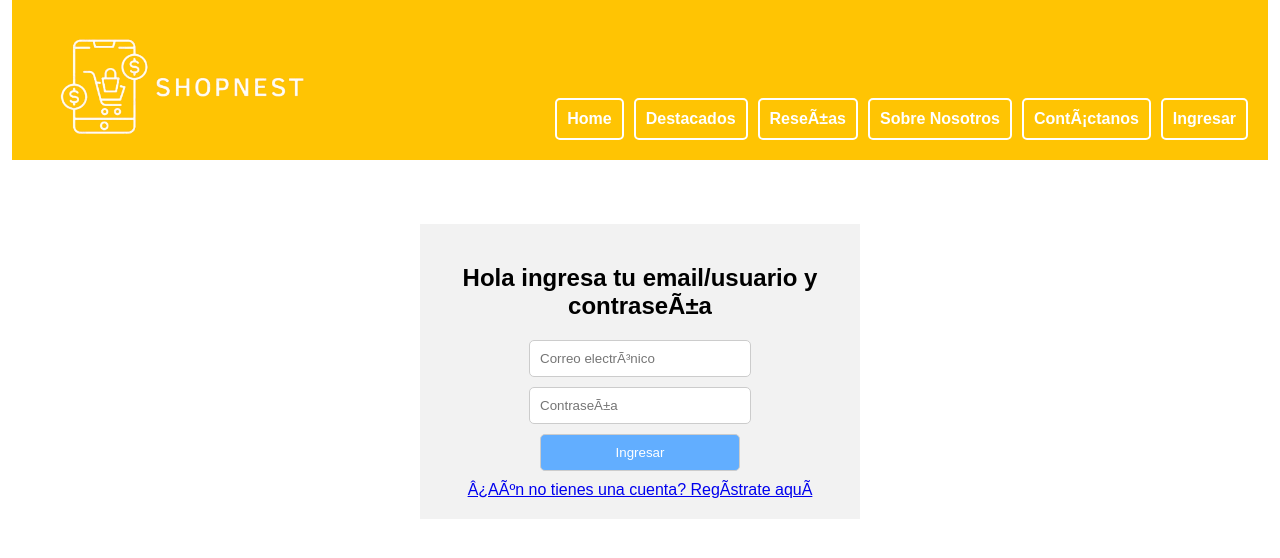
Repository: Regmalek07/ProyectoU
Page: inicio_sesion.html
An editor plug-in stored every save of this project. The page is shown before and after the next save, followed by the edit.
The browser window is 1280 px wide. The pictures show the whole page.

Above is the page before, as saved 2024-04-29 13:55:58.
Console error: TypeError: Cannot read properties of null (reading 'style')

After the next save:
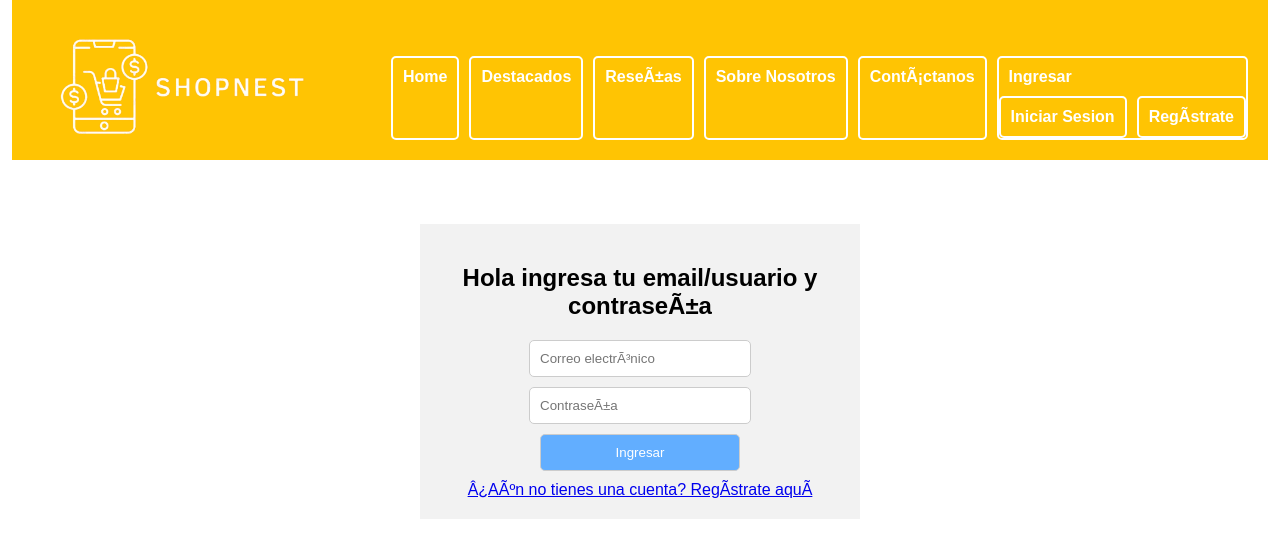
Saved 83 s later.
--- a/inicio_sesion.html
+++ b/inicio_sesion.html
@@ -20,7 +20,11 @@
                     <li><a href="sobre_nosotros.html">Sobre Nosotros</a></li>
                     <li><a href="contacto.html">Contáctanos</a></li>
                     <li>
-                        <a href="inicio_sesion.html">Ingresar</a>
+                        <a>Ingresar</a>
+                        <ul>
+                            <li><a href="inicio_sesion.html">Iniciar Sesion</a></li>
+                            <li><a href="registro.html">Regístrate</a></li>
+                        </ul>
                     </li>
                 </ul>
             </nav>
